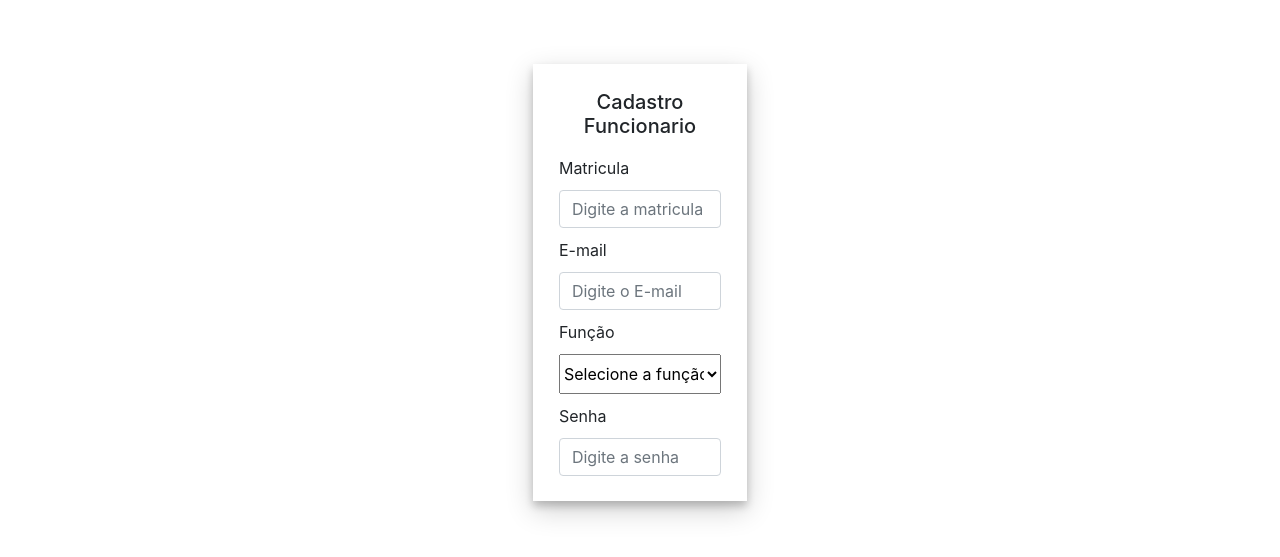
Repository: gabrielfeliphe/AssistenciaTecnica
Page: PI-AssistenciaTecnica/WebContent/pages/adm/funcao/cadastro_cliente.html
The author's editor kept a copy of each file at every save. The page is drawn from the files as they stood at one save, then again after the next save.
The browser window is 1280 px wide. The pictures show the whole page.
Some web libraries are served in a nearby version.

Above is the page before, as saved 2021-10-14 22:07:59.
Console error: TypeError: Cannot read properties of undefined (reading 'fn')

### PI-AssistenciaTecnica/WebContent/pages/adm/funcao/cadastro_cliente.html
<!DOCTYPE html>
<html>
<head>
<meta charset="UTF-8">
<title>Cadastro de funcionários</title>

<link rel="stylesheet" href="https://stackpath.bootstrapcdn.com/bootstrap/4.1.3/css/bootstrap.min.css" integrity="sha384-MCw98/SFnGE8fJT3GXwEOngsV7Zt27NXFoaoApmYm81iuXoPkFOJwJ8ERdknLPMO" crossorigin="anonymous">
<script src="https://stackpath.bootstrapcdn.com/bootstrap/4.1.3/js/bootstrap.min.js" integrity="sha384-ChfqqxuZUCnJSK3+MXmPNIyE6ZbWh2IMqE241rYiqJxyMiZ6OW/JmZQ5stwEULTy" crossorigin="anonymous"></script>
<link rel="stylesheet" href="https://cdn.jsdelivr.net/npm/bootstrap-icons@1.3.0/font/bootstrap-icons.css" />
<link rel= "stylesheet" type = "text/css" href="../../../css/admin.css">

</head>
<body>

	<div class="form-group">
	<div class="container col-lg-2 centered">
	<fieldset>
		<form>
			 <h5 align="center">Cadastro Funcionario</h5>
		 	<label>Matricula</label>
		 	 <input type="text" class="form-control"  placeholder="Digite a matricula">
		 	 <label>E-mail</label>
		 	 <input type="email" class="form-control"  placeholder="Digite o E-mail">
		 	 <label>Função</label>
		 	  <div>
				  <select>
				    <option value="0">Selecione a função</option>
				    <option value="1">Administrador</option>
				    <option value="2">Recepção</option>
				    <option value="3">Manutenção</option>
				    <option value="4">Almoxarife</option>
	 			 </select>
			</div>
		 	 <label>Senha</label>
		 	 <input type="password" class="form-control"  placeholder="Digite a senha">

		</form>
	</div>
	</div>
</fieldset>

<div id="lista-funcionarios" class="tabela-lista"> <!-- Usado posteriormente para aparecer a tabela -->

</div>


</body>
</html>

### PI-AssistenciaTecnica/WebContent/css/admin.css
@charset "UTF-8";

#box {
	border: solid 1px black;
	padding: 20px;
}

h4 {
	text-align: center;
}

.form-group {
	padding-top: 5%;
}

.container {
	box-shadow: 0 5px 8px 0 rgba(0, 0, 0, 0.2), 0 9px 26px 0
		rgba(0, 0, 0, 0.19);
	width: 75%;
	padding: 2%;
}

label {
	margin-top: 10px;
	margin-bottom: 10px;
}

button {
	height: 30px;
	width: 100px;
	margin: 20px;
}

.botoes {
	margin-top: 5%;
	text-align: center;
	display: block;
}

.btn1 button {
	margin-left: 500px;
}

.btn2 {
	float: right;
}

select {
	width: 100%;
	height: 40px;
}

#lista-funcionarios table {
	margin-left: auto;
	margin-right: auto;
}

#lista-funcionarios {
	margin: 0 auto;
	margin-top: 50px;
	width: 40%;
}

#lista-funcionarios table img {
	padding: 0 4px;
	width: 30px;
	height: 20px;
	cursor: pointer;
}

#modalAviso, .modalEditar{
	display: none;
}

After the next save:
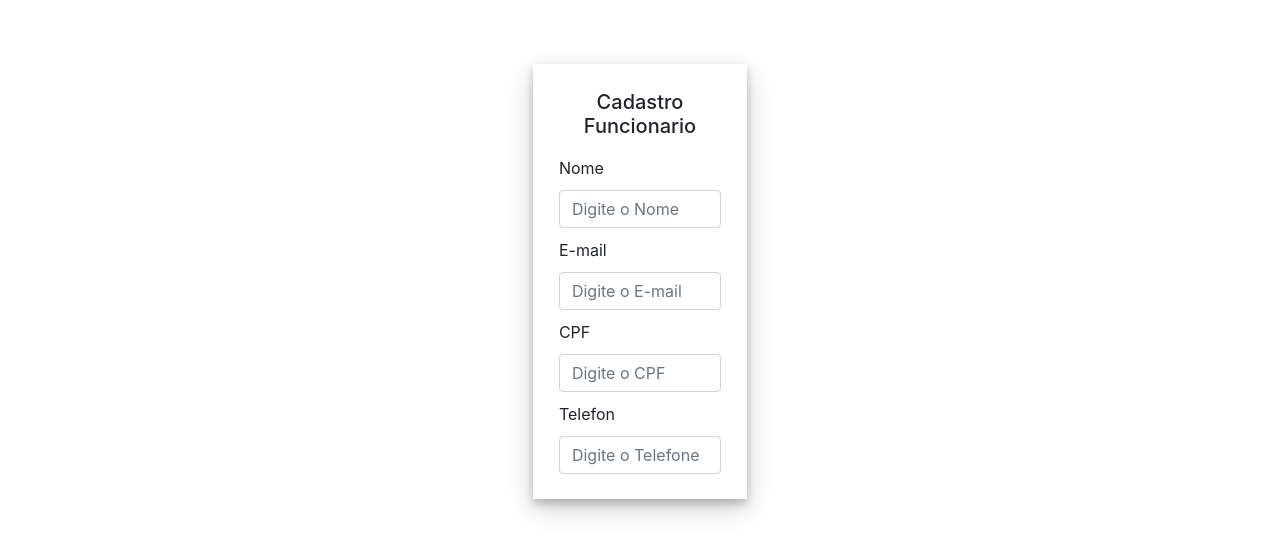
Saved 79 s later.
--- a/PI-AssistenciaTecnica/WebContent/pages/adm/funcao/cadastro_cliente.html
+++ b/PI-AssistenciaTecnica/WebContent/pages/adm/funcao/cadastro_cliente.html
@@ -17,22 +17,14 @@
 	<fieldset>
 		<form>
 			 <h5 align="center">Cadastro Funcionario</h5>
-		 	<label>Matricula</label>
-		 	 <input type="text" class="form-control"  placeholder="Digite a matricula">
+		 	<label>Nome</label>
+		 	 <input type="text" class="form-control"  placeholder="Digite o Nome">
 		 	 <label>E-mail</label>
 		 	 <input type="email" class="form-control"  placeholder="Digite o E-mail">
-		 	 <label>Função</label>
-		 	  <div>
-				  <select>
-				    <option value="0">Selecione a função</option>
-				    <option value="1">Administrador</option>
-				    <option value="2">Recepção</option>
-				    <option value="3">Manutenção</option>
-				    <option value="4">Almoxarife</option>
-	 			 </select>
-			</div>
-		 	 <label>Senha</label>
-		 	 <input type="password" class="form-control"  placeholder="Digite a senha">
+		 	 <label>CPF</label>
+		 	 <input type="text" class="form-control"  placeholder="Digite o CPF">
+		 	 <label>Telefon	</label>
+		 	 <input type="text" class="form-control"  placeholder="Digite o Telefone">
 
 		</form>
 	</div>
